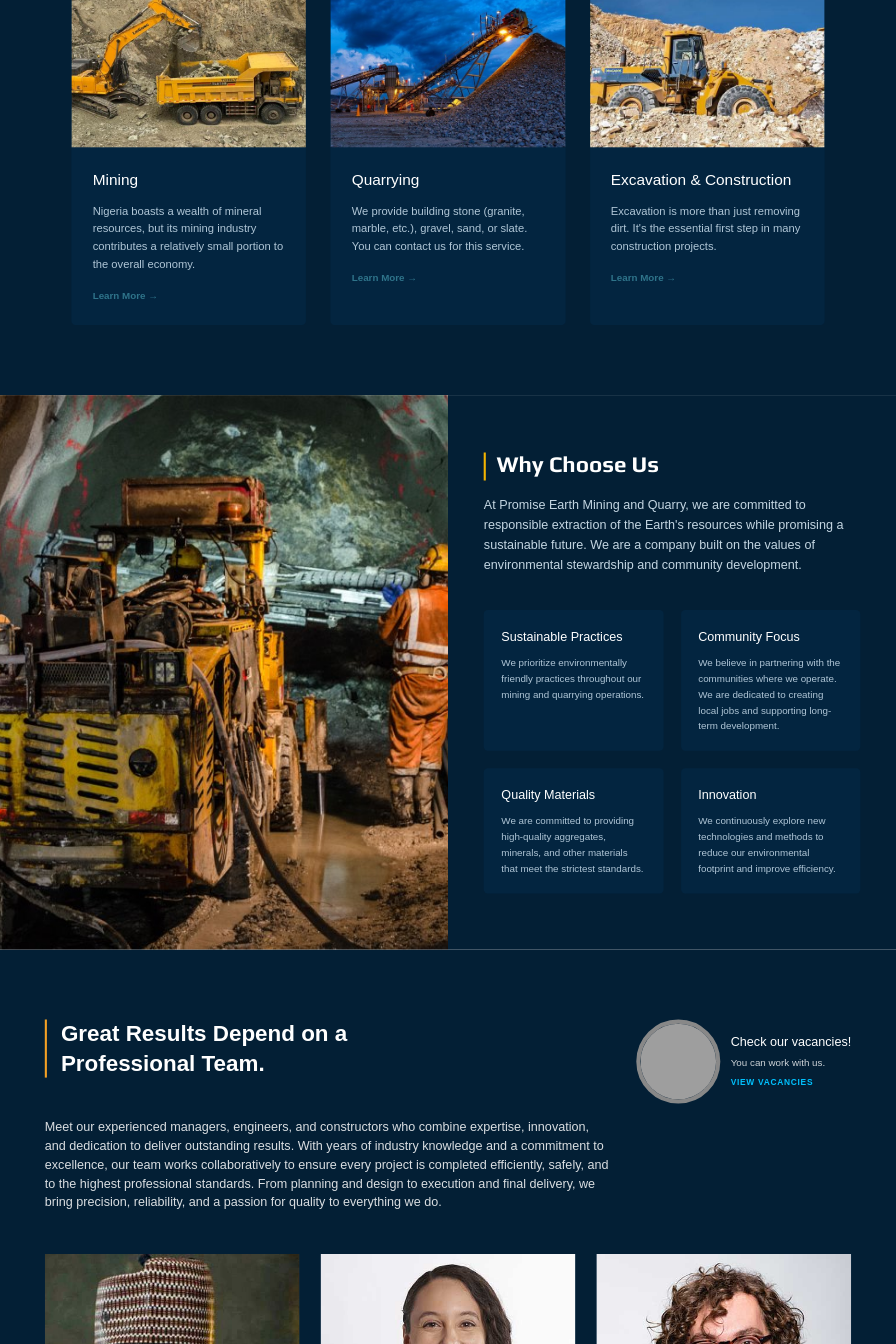
Repository: KC-Minchakpu/promise-earth
Page: /
An editor plug-in stored every save of this project. The page is shown before and after the next save, followed by the edit.
The browser window is 1280 px wide. The pictures show the part of the page from y = 2018 to 3938 px (the page is 7059 px tall), at 70% of full size.
Pictures or frames that could not be fetched are drawn as grey boxes. The project was rebuilt for these pictures with package versions that can differ from the ones it lists, and the page was loaded fresh each time. The framework's server and built-in components were replaced by stand-ins that run in the browser. Also part of the build but not shown: next.config.ts.

Above is the page before, as saved 2026-03-02 10:11:27.

### src/app/layout.tsx
import type { Metadata } from "next";
import { Play, Poppins } from "next/font/google";
import "./globals.css";
import Header from "@/components/Header/Header";
import Footer from "@/components/Footer/Footer";

const play = Play({
  variable: "--font-play",
  subsets: ["latin"],
  weight: ["400", "700"],
});

const poppins = Poppins({
  variable: "--font-poppins",
  subsets: ["latin"],
  weight: ["300", "400", "500", "600", "700"],
});

export const metadata: Metadata = {
  title: "Promise Earth | Home",
  description: "Promise Earth is a construction company that delivers high-quality projects with expertise and dedication.",
};

export default function RootLayout({
  children,
}: Readonly<{
  children: React.ReactNode;
}>) {
  return (
    <html lang="en">
      <body
        className={`${play.variable} ${poppins.variable} antialiased`}
      >
        <Header />
        {children}
        <Footer />
      </body>
    </html>
  );
}

### src/app/page.tsx
import AboutUsSection from "@/components/About/AboutUsSection";
import Hero from "@/components/Hero/Hero";
import OurGoal from "@/components/OurGoal/OurGoal";
import GetQuoteSection from "@/components/Services/GetQuoteSection";
import ServicesSection from "@/components/Services/ServicesSection";
import TestimonialSlider from "@/components/Services/TestimonialSlider";
import TeamSection from "@/components/TeamSection/TeamSection";
import WhyChooseUs from "@/components/WhyChooseUs/WhyChooseUs";

export default function Home() {
  return (
   <>
    <Hero />
    <AboutUsSection />
    <ServicesSection />
    <WhyChooseUs />
    <TeamSection />
    <OurGoal />
    <GetQuoteSection />
    <TestimonialSlider />
  </>
  );
}

### src/app/globals.css
@import "tailwindcss";

:root {
  --background: #ffffff;
  --foreground: #171717;
}


@media (prefers-color-scheme: dark) {
  :root {
    --background: #0a0a0a;
    --foreground: #ededed;
  }
}

body {
  background: var(--background);
  color: var(--foreground);
  font-family: Arial, Helvetica, sans-serif;
}

### src/components/About/AboutUsSection.tsx
// components/AboutUsSection.tsx
"use client";

import Image from "next/image";
import styles from "./AboutUsSection.module.css";

const AboutUsSection = () => {
  return (
    <section className={styles.aboutSection}>
      <div className={styles.container}>
        {/* Left Image */}
        <div className={styles.imageWrapper}>
          <Image
            src="/images/about-1.png"
            alt="Earth Moving Vehicle"
            width={400}
            height={400}
            className={styles.image}
          />
        </div>

        {/* Right Content */}
        <div className={styles.content}>
          <h2 className={styles.heading}>
            <span className={styles.highlight}>|</span> About Us.
          </h2>
          <h2 className={styles.heading}>
            We are committed to responsible extraction of the Earth&apos;s resources
          </h2>
          <p className={styles.description}>
            We prioritize environmentally friendly practices throughout our mining and quarrying operations. This includes minimizing waste, land reclamation, and utilizing innovative technologies to reduce our impact.
          </p>
          <p className={styles.description}>
            We believe in partnering with the communities where we operate. We are dedicated to creating local jobs, supporting local businesses, and contributing to the social and economic well-being of the region.
          </p>

          {/* Stats */}
          <div className={styles.stats}>
            <div className={styles.statItem}>
              <span className={styles.statNumber}>3000+</span>
              <span className={styles.statLabel}>Satisfied clients</span>
            </div>
            <div className={styles.statItem}>
              <span className={styles.statNumber}>60k+</span>
              <span className={styles.statLabel}>Sq ft built</span>
            </div>
            <div className={styles.statItem}>
              <span className={styles.statNumber}>25</span>
              <span className={styles.statLabel}>Years Experience</span>
            </div>
          </div>
        </div>
      </div>
    </section>
  );
};

export default AboutUsSection;

### src/components/Hero/Hero.tsx
"use client";

import Image from "next/image";
import Link from "next/link";
import styles from "./Hero.module.css";

const Hero = () => {
  return (
    <section className={styles.hero}>
      {/* Background Image */}
      <Image
        src="/images/hero.jpg"
        alt="Earth moving Vehicle"
        fill
        priority
        className={styles.backgroundImage}
      />

      {/* Overlay */}
      <div className={styles.overlay}></div>

      {/* Content */}
      <div className={styles.content}>
        <h1 className={styles.heading}>
          We Deliver High-Quality
          <br />
           Projects<span className={styles.highlight}>.</span>
        </h1>

        <div className={styles.buttons}>
          <Link href="/contact" className={styles.primaryBtn}>
            REQUEST A QUOTE
          </Link>

          <Link href="/about" className={styles.secondaryBtn}>
            LEARN MORE
          </Link>
        </div>
      </div>
    </section>
  );
};

export default Hero;

### src/components/Services/GetQuoteSection.tsx
import styles from "./GetQuoteSection.module.css";
import Link from "next/link";

export default function GetQuoteSection() {
  return (
    <section className={styles.section}>
      <div className={styles.container}>
        <div className={styles.ctaBox}>
          <h2>
            Contact Us to Specify Your Next <br />
            Project Details Right Now!
          </h2>

          <Link href="/contact" className={styles.button}>
            REQUEST A QUOTE
          </Link>
        </div>
      </div>
    </section>
  );
}

### src/components/WhyChooseUs/WhyChooseUs.tsx
"use client";

import Image from "next/image";
import styles from "./WhyChooseUs.module.css";

interface Feature {
  title: string;
  description: string;
}

const features: Feature[] = [
  {
    title: "Sustainable Practices",
    description:
      "We prioritize environmentally friendly practices throughout our mining and quarrying operations.",
  },
  {
    title: "Community Focus",
    description:
      "We believe in partnering with the communities where we operate. We are dedicated to creating local jobs and supporting long-term development.",
  },
  {
    title: "Quality Materials",
    description:
      "We are committed to providing high-quality aggregates, minerals, and other materials that meet the strictest standards.",
  },
  {
    title: "Innovation",
    description:
      "We continuously explore new technologies and methods to reduce our environmental footprint and improve efficiency.",
  },
];

export default function WhyChooseUs() {
  return (
    <section className={styles.section}>
      {/* Left Image */}
      <div className={styles.imageContainer}>
        <Image
          src="/images/about-3.jpg"
          alt="Mining Site"
          fill
          className={styles.image}
        />
      </div>

      {/* Right Content */}
      <div className={styles.content}>
        <div className={styles.inner}>
          <h2>
            <span className={styles.accent}></span>
            Why Choose Us
          </h2>

          <p className={styles.intro}>
            At Promise Earth Mining and Quarry, we are committed to responsible extraction of the
            Earth&apos;s resources while promising a sustainable future. We are a company built on the
            values of environmental stewardship and community development.
          </p>

          <div className={styles.grid}>
            {features.map((feature, index) => (
              <div key={index} className={styles.card}>
                <h3>{feature.title}</h3>
                <p>{feature.description}</p>
              </div>
            ))}
          </div>
        </div>
      </div>
    </section>
  );
}

### src/components/Footer/Footer.module.css
.footer {
  background: #031f35;
  color: #cfe8f3;
  padding-top: 60px;
  font-family: system-ui, -apple-system, Segoe UI, Roboto, sans-serif;
  border-top: 3px solid #888888;
}

.container {
  max-width: 1200px;
  margin: 0 auto;
  display: grid;
  grid-template-columns: 1.5fr 1fr 1fr 1.2fr;
  gap: 60px;
  padding: 0 40px 50px;
}

.logoRow {
  display: flex;
  align-items: center;
  gap: 12px;
  margin-bottom: 18px;
}

.logoIcon {
  font-size: 34px;
}

.brand {
  font-size: 22px;
  font-weight: 700;
}

.subBrand {
  font-size: 11px;
  letter-spacing: 1px;
  opacity: 0.8;
}

.desc {
  margin-top: 10px;
  line-height: 1.7;
  color: #a9c7d6;
}

.socials {
  margin-top: 22px;
  display: flex;
  gap: 12px;
}

.social {
  width: 38px;
  height: 38px;
  display: grid;
  place-items: center;
  background: #0a3a52;
  border-radius: 6px;
  cursor: pointer;
  font-size: 14px;
}

.heading {
  font-size: 18px;
  font-weight: 700;
  margin-bottom: 18px;
}

.links {
  list-style: none;
  font-family: "Play" sans-serif;
  font-size: 17px;
  padding: 0;
  margin: 0;
  display: grid;
  gap: 12px;
  color: #a9c7d6;
}
 .links :hover {
    color: #f7a600;
    text-decoration: underline;
 }

.colNewsletter {
  display: flex;
  flex-direction: column;
}

.newsText {
  color: #a9c7d6;
  margin-bottom: 18px;
}

.input {
  background: #0a3a52;
  border: none;
  padding: 14px;
  border-radius: 8px;
  color: #cfe8f3;
  margin-bottom: 14px;
}

.button {
  background: #f7a600;
  border: none;
  padding: 14px;
  border-radius: 8px;
  font-weight: 700;
  cursor: pointer;
}

.bottomBar {
  border-top: 1px solid rgba(255,255,255,0.1);
  display: flex;
  justify-content: space-between;
  padding: 18px 40px;
  color: #a9c7d6;
  font-size: 14px;
}

.author {
  color:#9b9996;
  font-family: "Play", sans-serif;
 }

 .author :hover {
    color: #f7a600;
    text-decoration: underline;
 }

### src/components/About/AboutUsSection.module.css
/* components/AboutUsSection.module.css */

.aboutSection {
  background-color: #031f35;
  padding: 80px 20px;
  color: #ffffff;
}

.container {
  display: flex;
  align-items: center;
  justify-content: center;
  gap: 60px;
  max-width: 1200px;
  margin: 0 auto;
  flex-wrap: wrap;
}

.imageWrapper {
  flex: 1 1 400px;
}

.image {
  border: 5px solid #3b4f63;
  border-radius: 8px;
  width: 100%;
  height: auto;
  object-fit: cover;
}

.content {
  flex: 1 1 500px;
}

.heading {
  font-size: 2rem;
  font-weight: 700;
  font-family: "Play", sans-serif;
  margin-bottom: 20px;
  display: flex;
  align-items: center;
}

.highlight {
  color: #ffa800;
  margin-right: 10px;
}

.description {
  font-size: 1rem;
  line-height: 1.7;
  margin-bottom: 15px;
  color: #cfd8e0;
}

.stats {
  display: flex;
  gap: 40px;
  margin-top: 30px;
  flex-wrap: wrap;
}

.statItem {
  display: flex;
  flex-direction: column;
  align-items: flex-start;
}

.statNumber {
  font-size: 1.8rem;
  font-weight: 700;
  color: #ffa500;
}

.statLabel {
  font-size: 0.9rem;
  color: #cfd8e0;
  margin-top: 5px;
}

### src/components/Hero/Hero.module.css
.hero {
  position: relative;
  width: 100%;
  height: 100vh;
  min-height: 650px;
  display: flex;
  align-items: center;
  overflow: hidden;
}

/* Background Image */
.backgroundImage {
  object-fit: cover;
  z-index: 1;
}

/* Blue Gradient Overlay */
.overlay {
  position: absolute;
  inset: 0;
  background: linear-gradient(
    180deg,
    rgba(0, 0, 0, 0.6) 0%,
    rgba(0, 0, 0, 0.3) 50%,
    rgba(0, 0, 0, 0.6) 100%
  );
  z-index: 2;
}

/* Content */
.content {
  position: relative;
  z-index: 3;
  max-width: 1200px;
  margin: 0 auto;
  padding: 0 40px;
  color: white;
}

/* Heading */
.heading {
  font-size: 54px;
  font-weight: 800;
  line-height: 1.15;
  letter-spacing: -1px;
  margin-bottom: 40px;
  max-width: 700px;
}

.highlight {
  color: #ffb400;
}

/* Buttons */
.buttons {
  display: flex;
  gap: 20px;
}

.primaryBtn {
  background: #ffb400;
  color: #222222;
  padding: 16px 32px;
  border-radius: 8px;
  font-weight: 700;
  text-decoration: none;
  transition: all 0.3s ease;
}

.primaryBtn:hover {
  background: #e6a200;
  transform: translateY(-3px);
}

.secondaryBtn {
  border: 2px solid #ffffff;
  color: #ffffff;
  padding: 16px 32px;
  border-radius: 8px;
  font-weight: 600;
  text-decoration: none;
  transition: all 0.3s ease;
}

.secondaryBtn:hover {
  background: rgba(255, 255, 255, 0.1);
  transform: translateY(-3px);
}

/* Responsive */

@media (max-width: 1024px) {
  .heading {
    font-size: 48px;
  }
}

@media (max-width: 768px) {
  .hero {
    height: 85vh;
  }

  .heading {
    font-size: 36px;
  }

  .buttons {
    flex-direction: column;
    gap: 15px;
  }

  .primaryBtn,
  .secondaryBtn {
    width: fit-content;
  }
}

### src/components/OurGoal/OurGoal.module.css
.section {
  background: #031f35;
  padding: 80px 5%;
  color: #ffffff;
}

.header {
  display: flex;
  justify-content: space-between;
  align-items: center;
  flex-wrap: wrap;
}

.titleWrapper {
  display: flex;
  gap: 16px;
  align-items: flex-start;
}

.bar {
  width: 4px;
  height: 50px;
  background: #ffb400;
  margin-top: 8px;
}

.titleWrapper h2 {
  font-size: 2rem;
  font-weight: 700;
  font-family: "Play", sans-serif;
  line-height: 1.2;
  margin: 0;
}

.dot {
  color: #00c2ff;
}

.quote {
  font-size: 14px;
  letter-spacing: 1px;
  color: #00c2ff;
  text-decoration: none;
  font-weight: 600;
  transition: 0.3s ease;
}

.quote:hover {
  opacity: 0.7;
}

.subtitle {
  margin-top: 20px;
  color: #c6cace;
  font-size: 18px;
  width: 80%;
}

.grid {
  margin-top: 60px;
  display: grid;
  grid-template-columns: repeat(3, 1fr);
  gap: 30px;
}

.card {
  position: relative;
  width: 100%;
  height: 300px;
  overflow: hidden;
  border-radius: 4px;
  cursor: pointer;
}

.image {
  object-fit: cover;
  transition: transform 0.5s ease;
}

.card:hover .image {
  transform: scale(1.1);
}

.overlay {
  position: absolute;
  inset: 0;
  background: rgba(0, 0, 0, 0.45);
  display: flex;
  align-items: flex-end;
  padding: 20px;
  opacity: 0;
  transition: 0.3s ease;
}

.overlay h3 {
  margin: 0;
  font-size: 20px;
}

.card:hover .overlay {
  opacity: 1;
}

/* Responsive */

@media (max-width: 1024px) {
  .grid {
    grid-template-columns: repeat(2, 1fr);
  }
}

@media (max-width: 768px) {
  .grid {
    grid-template-columns: 1fr;
  }

  .titleWrapper h2 {
    font-size: 28px;
  }
}

### src/components/Services/GetQuoteSection.module.css
.section {
  background-color: #031f35;
  padding: 100px 0;
}

.container {
  width: 90%;
  max-width: 1200px;
  margin: 0 auto;
}

.ctaBox {
  background-color: #f4a024;
  padding: 80px 40px;
  text-align: center;
}

.ctaBox h2 {
  font-size: 42px;
  font-weight: 700;
  font-family: "Play", sans-serif;
  color: #072b3a;
  line-height: 1.3;
  margin-bottom: 40px;
}

.button {
  display: inline-block;
  background-color: #072b3a;
  color: #ffffff;
  padding: 16px 36px;
  font-weight: 600;
  letter-spacing: 1px;
  text-decoration: none;
  border-radius: 8px;
  transition: all 0.3s ease;
}

.button:hover {
  background-color: #051f2b;
  transform: translateY(-3px);
}

/* Responsive */
@media (max-width: 768px) {
  .ctaBox {
    padding: 60px 20px;
  }

  .ctaBox h2 {
    font-size: 28px;
  }

  .button {
    padding: 14px 28px;
  }
}

### src/components/Services/ServicesSection.module.css
.section {
  background-color: #031f35;
  padding: 100px 8%;
  color: white;
}

.container {
  max-width: 1400px;
  margin: 0 auto;
}

/*  HEADER  */

.header {
  max-width: 800px;
  margin-bottom: 70px;
}

.header h2 {
  font-size: 2rem;
  font-weight: 700;
  font-family: "Play", sans-serif;
  line-height: 1.2;
  position: relative;
}

.accent {
  display: inline-block;
  width: 3px;
  height: 40px;
  background-color: #ffa800;
  margin-right: 15px;
  vertical-align: middle;
}

.header p {
  margin-top: 20px;
  font-size: 18px;
  color: #c4d6e2;
}

/*  GRID  */

.grid {
  display: grid;
  grid-template-columns: repeat(3, 1fr);
  gap: 35px;
}

/*  CARD  */

.card {
  background-color: #032540;
  border-radius: 6px;
  overflow: hidden;
  transition: transform 0.3s ease, box-shadow 0.3s ease;
}


/* IMAGE */

.imageWrapper {
  position: relative;
  width: 100%;
  height: 220px;
}

.image {
  object-fit: cover;
}

/* ================= CONTENT ================= */

.content {
  padding: 30px;
}

.content h3 {
  font-size: 22px;
  margin-bottom: 15px;
}

.content p {
  color: #b0c6d6;
  line-height: 1.6;
  margin-bottom: 20px;
}

.learnMore {
  color: #2f748a;
  text-decoration: none;
  font-weight: 600;
  font-size: 14px;
}

/* ================= RESPONSIVE ================= */

@media (max-width: 1100px) {
  .grid {
    grid-template-columns: repeat(2, 1fr);
  }
}

@media (max-width: 600px) {
  .grid {
    grid-template-columns: 1fr;
  }

  .header h2 {
    font-size: 30px;
  }
}

### src/components/Services/TestimonialSlider.module.css
.wrapper {
  position: relative;
  background: #031f35;
  padding: 60px 80px;
  overflow: hidden;
}

.viewport {
  overflow: hidden;
}

.track {
  display: flex;
  transition: transform 0.5s ease-in-out;
}

/* Each slide takes full width */
.slide {
  min-width: 100%;
  display: grid;
  grid-template-columns: 1fr 1fr; /* 2x1 layout */
  gap: 40px;
}

/* Position classes */
.pos0 { transform: translateX(0%); }
.pos1 { transform: translateX(-100%); }
.pos2 { transform: translateX(-200%); }
.pos3 { transform: translateX(-300%); }

.card {
  padding: 40px;
  background: #032540;
  color: #cfe8f3;
  border-radius: 6px;
}

.quoteMark {
  font-size: 120px;
  color: #1fb6d9;
  line-height: 1;
  margin-bottom: 0;
  display: block;
}

.name {
  margin-top: 4px;
  font-size: 22px;
  font-weight: 600;
}

.text {
  margin-top: 16px;
  line-height: 1.6;
  color: #a9c7d6;
}

.date {
  display: block;
  margin-top: 20px;
  color: #f7b500;
  font-weight: 600;
}

.arrowLeft,
.arrowRight {
  position: absolute;
  top: 50%;
  transform: translateY(-50%);
  background: transparent;
  border: none;
  font-size: 40px;
  color: #cfe8f3;
  cursor: pointer;
  padding: 10px;
}

.arrowLeft { left: 20px; }
.arrowRight { right: 20px; }

.arrowLeft:hover,
.arrowRight:hover {
  color: #1fb6d9;
}

### src/components/TeamSection/TeamSection.module.css
.teamSection {
  background-color: #031f35;
  padding: 100px 0;
  color: #ffffff;
}

.container {
  width: 90%;
  max-width: 1200px;
  margin: 0 auto;
}

.header {
  display: flex;
  justify-content: space-between;
  align-items: flex-start;
  gap: 40px;
  flex-wrap: wrap;
}

.titleWrapper {
  display: flex;
  gap: 20px;
}

.accentBar {
  width: 3px;
  background-color: #f4a024;
}

.titleWrapper h2 {
  font-size: 2rem;
  font-weight: 700;
  line-height: 1.3;
 }

.titleWrapper span {
  color: #ffffff;
   font-family: "Play" sans-serif;
}

.subtitle {
  margin-top: 20px;
  margin-bottom: 60px;
  font-size: 18px;
  opacity: 0.85;
  width: 70%;
}

/* Vacancy box */
.vacancyBox {
  display: flex;
  align-items: center;
  gap: 15px;
}

.vacancyImage {
  position: relative;
  width: 120px;
  height: 120px;
  }

.roundImage {
  object-fit: cover;
  border-radius: 50%;
  border: 6px solid #888888;
}

.vacancyBox h4 {
  font-size: 18px;
  margin: 0;
}

.vacancyBox p {
  font-size: 14px;
  margin: 5px 0;
  opacity: 0.8;
}

.vacancyBox a {
  font-size: 12px;
  font-weight: 600;
  color: #00c2ff;
  text-decoration: none;
  letter-spacing: 1px;
}

/* Grid */
.grid {
  display: grid;
  grid-template-columns: repeat(3, 1fr);
  gap: 30px;
}

/* Card */
.card {
  background-color: #032540;
  overflow: hidden;
  transition: transform 0.3s ease;
}

.imageWrapper {
  position: relative;
  width: 100%;
  height: 420px;
}

.image {
  object-fit: cover;
}

.cardContent {
  padding: 25px;
}

.cardContent h3 {
  font-size: 22px;
  margin-bottom: 8px;
}

.cardContent p {
  font-size: 14px;
  opacity: 0.8;
}

/* Responsive */
@media (max-width: 1024px) {
  .grid {
    grid-template-columns: repeat(2, 1fr);
  }
}

@media (max-width: 768px) {
  .grid {
    grid-template-columns: 1fr;
  }

  .titleWrapper h2 {
    font-size: 32px;
  }

  .imageWrapper {
    height: 350px;
  }
}

### src/components/WhyChooseUs/WhyChooseUs.module.css
.section {
  display: flex;
  width: 100%;
  min-height: 650px;
}

/* LEFT IMAGE  */

.imageContainer {
  position: relative;
  flex: 1;
  min-height: 650px;
}

.image {
  object-fit: cover;
}

/*  RIGHT CONTENT  */

.content {
  flex: 1;
  background-color: #031f35;
  color: white;
  display: flex;
  align-items: center;
}

.inner {
  padding: 80px 8%;
  max-width: 650px;
}

/*  HEADER  */

.inner h2 {
  font-size: 2rem;
  font-weight: 700;
  line-height: 1.2;
  font-family: "Play", sans-serif;
}

.accent {
  display: inline-block;
  width: 3px;
  height: 40px;
  background-color: #f4b400;
  margin-right: 15px;
  vertical-align: middle;
}

.intro {
  margin-top: 20px;
  margin-bottom: 50px;
  font-size: 18px;
  color: #c4d6e2;
  line-height: 1.6;
}

/* 2x2 GRID */

.grid {
  display: grid;
  grid-template-columns: repeat(2, 1fr);
  gap: 25px;
}

.card {
  background-color: #032540;
  padding: 25px;
  border-radius: 6px;
  transition: all 0.3s ease;
}

.card h3 {
  font-size: 18px;
  margin-bottom: 12px;
}

.card p {
  font-size: 14px;
  color: #b0c6d6;
  line-height: 1.6;
}

/* RESPONSIVE */

@media (max-width: 1100px) {
  .section {
    flex-direction: column;
  }

  .imageContainer {
    height: 400px;
  }

  .inner {
    padding: 60px 8%;
  }
}

@media (max-width: 600px) {
  .grid {
    grid-template-columns: 1fr;
  }

  .inner h2 {
    font-size: 30px;
  }
}

Loaded but not shown: src/components/Header/Header.tsx (151 lines, source omitted); src/components/Footer/Footer.tsx (139 lines, source omitted); src/components/Header/Header.module.css (228 lines, source omitted); src/components/Services/TestimonialSlider.tsx (82 lines, source omitted); src/components/Services/ServicesSection.tsx (79 lines, source omitted); src/components/TeamSection/TeamSection.tsx (92 lines, source omitted); src/components/OurGoal/OurGoal.tsx (97 lines, source omitted)

After the next save:
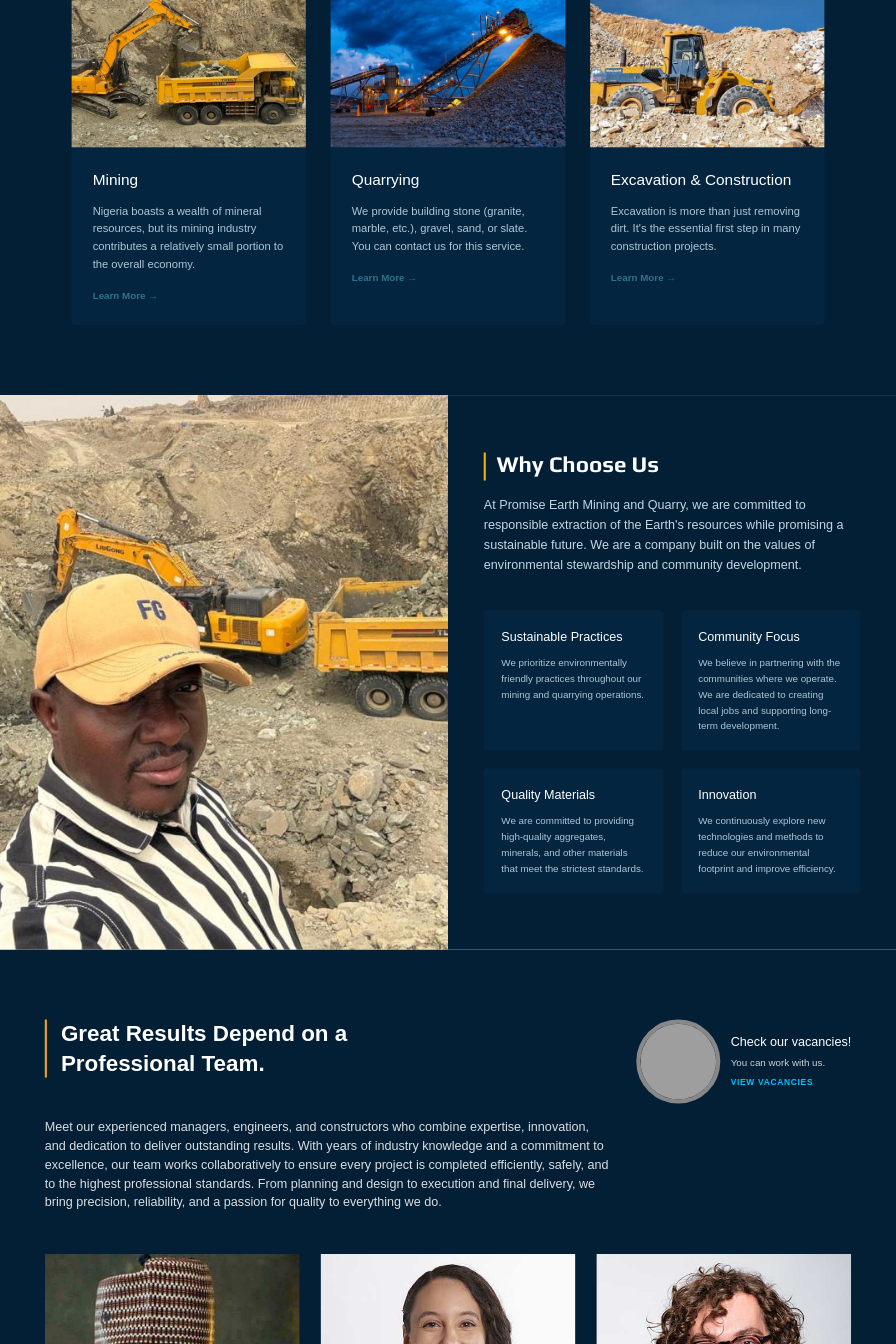
Saved 5 min 6 s later.
--- a/src/components/WhyChooseUs/WhyChooseUs.tsx
+++ b/src/components/WhyChooseUs/WhyChooseUs.tsx
@@ -37,7 +37,7 @@ export default function WhyChooseUs() {
       {/* Left Image */}
       <div className={styles.imageContainer}>
         <Image
-          src="/images/about-3.jpg"
+          src="/images/about-3.jpeg"
           alt="Mining Site"
           fill
           className={styles.image}
